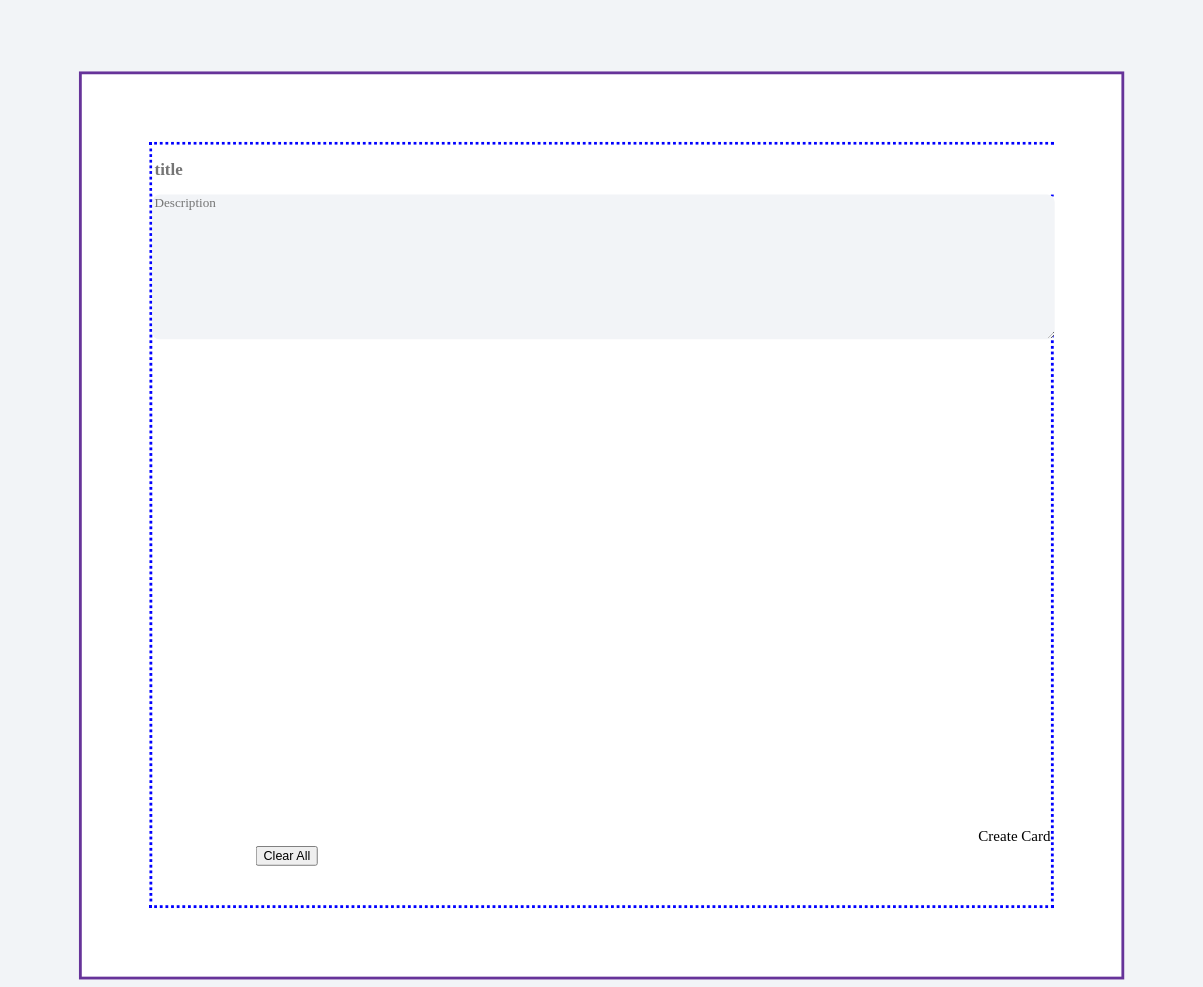
Repository: ReyhanehRahmani/TO-DO
Page: index.html
The author's editor kept a copy of each file at every save. The page is drawn from the files as they stood at one save, then again after the next save.
The browser window is 1280 px wide. The pictures show the whole page, at 94% of full size.

Above is the page before, as saved 2025-06-07 22:31:51.

After the next save:
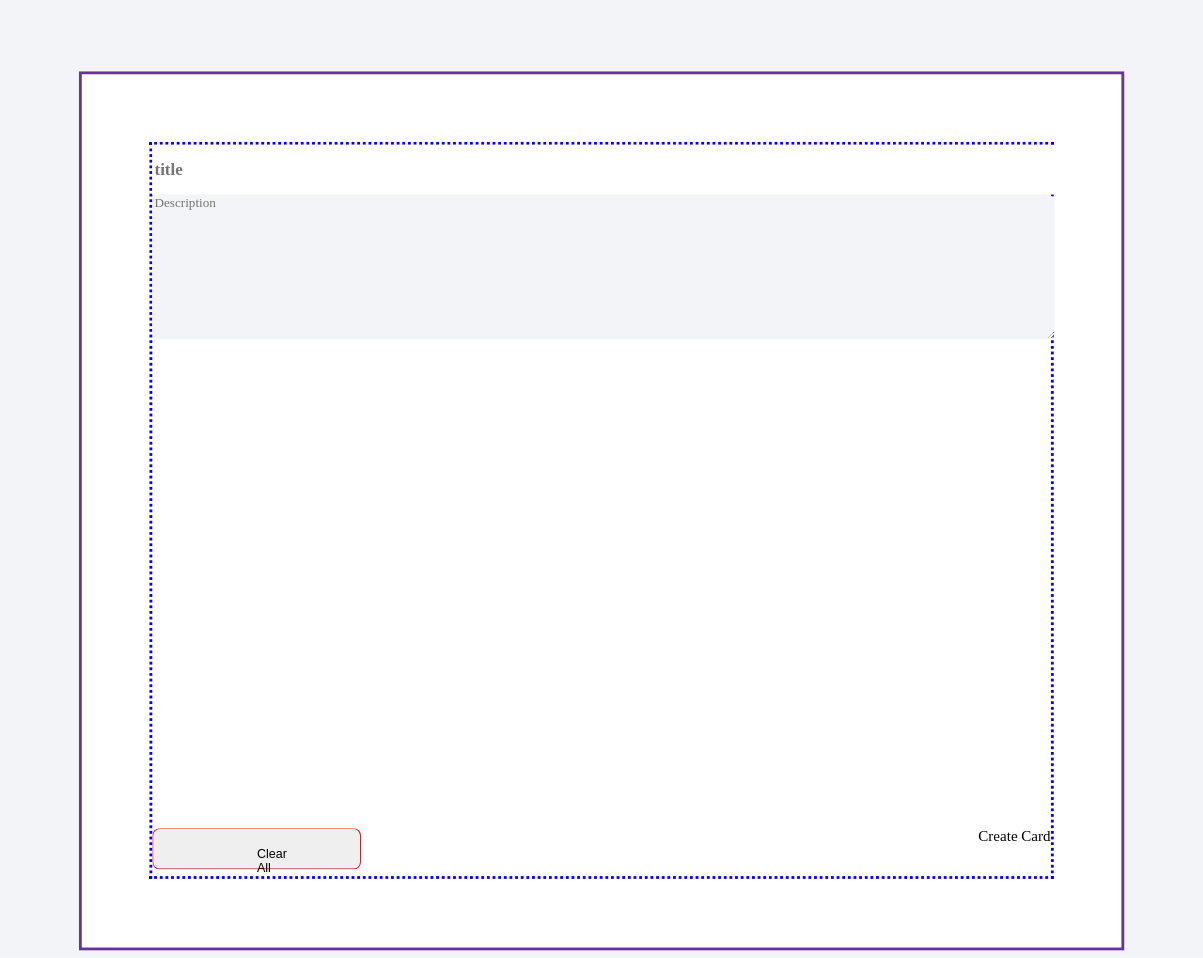
Saved 8 s later.
--- a/style.css
+++ b/style.css
@@ -59,7 +59,7 @@ body{
 
 }
 
-#clear{
+#clearbut{
     width: 97px;
     height: 44px;
     padding-top: 19px;
